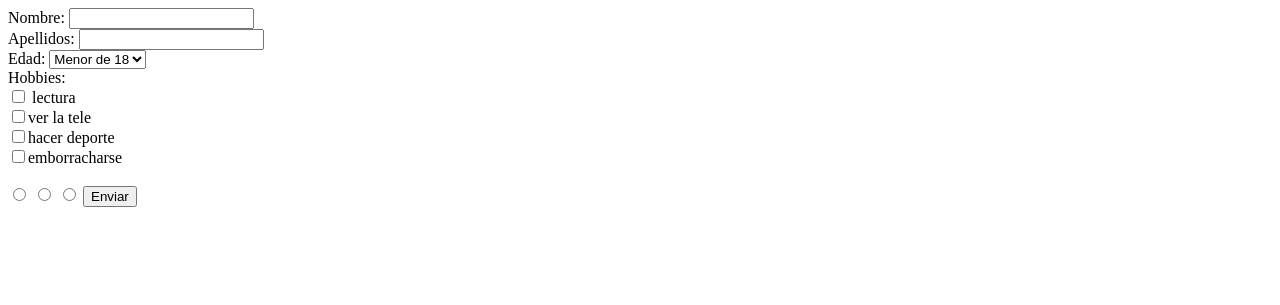
Repository: marta-moran/javaEE
Page: primerosServlets/src/main/webapp/formularioAvanzado.html
These files come from the project's save history. The page is drawn as it stood at one moment and after the next save; the edit follows.
The browser window is 1280 px wide. The pictures show the whole page.

Above is the page before, as saved 2022-01-24 19:40:54.

### primerosServlets/src/main/webapp/formularioAvanzado.html
<!DOCTYPE html>
<html>
<head>
<meta charset="ISO-8859-1">
<title>Insert title here</title>
</head>
<body>
<form method="post" action="FormAvanzado" name="datos">
Nombre: <input name="nombre"><br>
Apellidos: <input name="apellidos"><br>
Edad:
<select name="edad"><option>Menor de 18</option><option>De 18 a 30</option><option>De 30 a 55</option><option>Mayor de 55</option></select>
<br>
Hobbies:<br>
<input name="hobbies" value="lectura" type="checkbox">
lectura<br>
<input name="hobbies" value="tele" type="checkbox">ver
la tele<br>
<input name="hobbies" value="deporte" type="checkbox">hacer
deporte<br>
<input name="hobbies" value="emborracharse" type="checkbox">emborracharse<br>
<br>
<input type="radio" name= "sexo" value = "Mujer">
<input type="radio" name= "sexo" value = "Hombre">
<input type="radio" name= "sexo" value = "NB">

<button>Enviar</button></form>
</body>
</html>

After the next save:
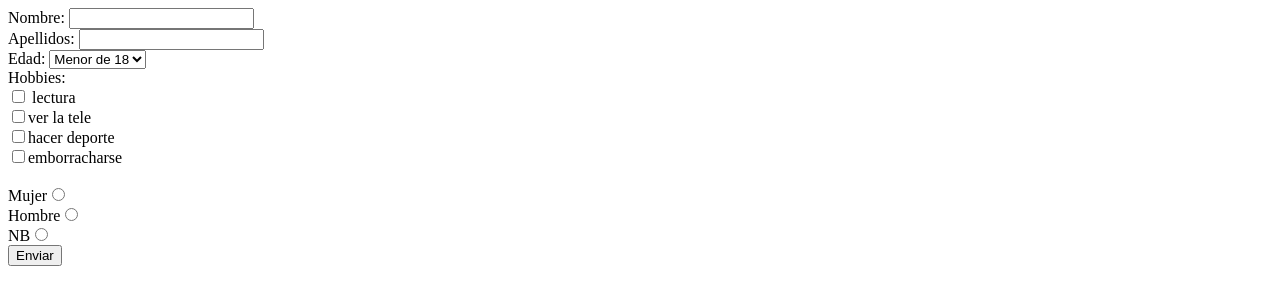
Saved 45 s later.
--- a/primerosServlets/src/main/webapp/formularioAvanzado.html
+++ b/primerosServlets/src/main/webapp/formularioAvanzado.html
@@ -20,9 +20,9 @@ la tele<br>
 deporte<br>
 <input name="hobbies" value="emborracharse" type="checkbox">emborracharse<br>
 <br>
-<input type="radio" name= "sexo" value = "Mujer">
-<input type="radio" name= "sexo" value = "Hombre">
-<input type="radio" name= "sexo" value = "NB">
+Mujer<input type="radio" name= "sexo" value = "Mujer"><br>
+Hombre<input type="radio" name= "sexo" value = "Hombre"><br>
+NB<input type="radio" name= "sexo" value = "NB"><br>
 
 <button>Enviar</button></form>
 </body>
